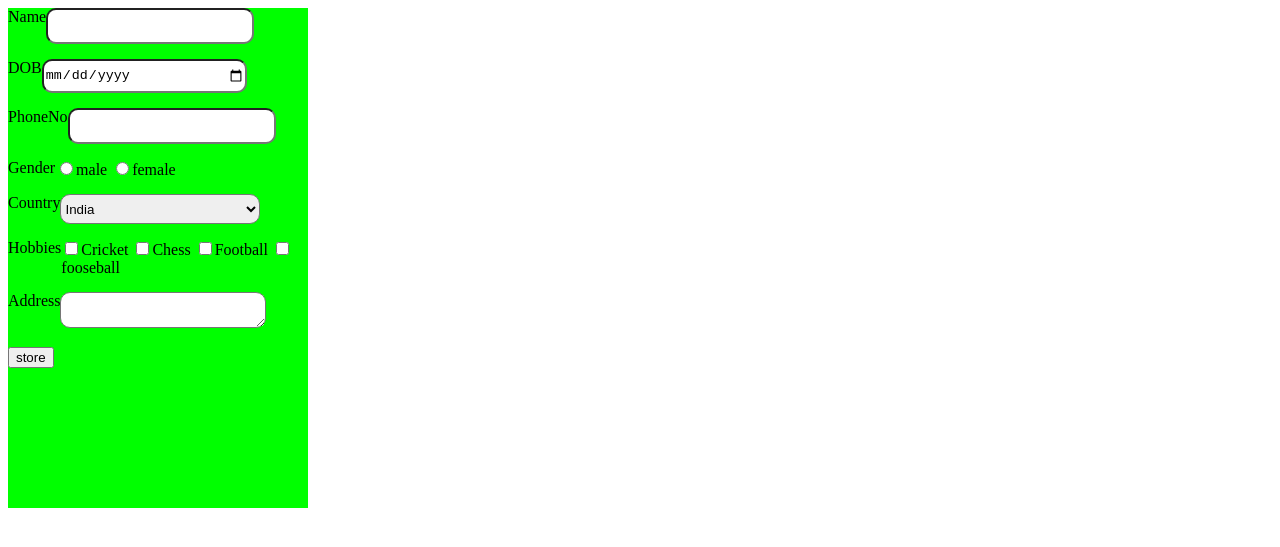
Repository: mnarendra333/batch21_WE
Page: RegApp/WebContent/index.html
These files come from the project's save history. The page is drawn as it stood at one moment and after the next save; the edit follows.
The browser window is 1280 px wide. The pictures show the whole page.

Above is the page before, as saved 2019-02-10 07:24:35.

After the next save:
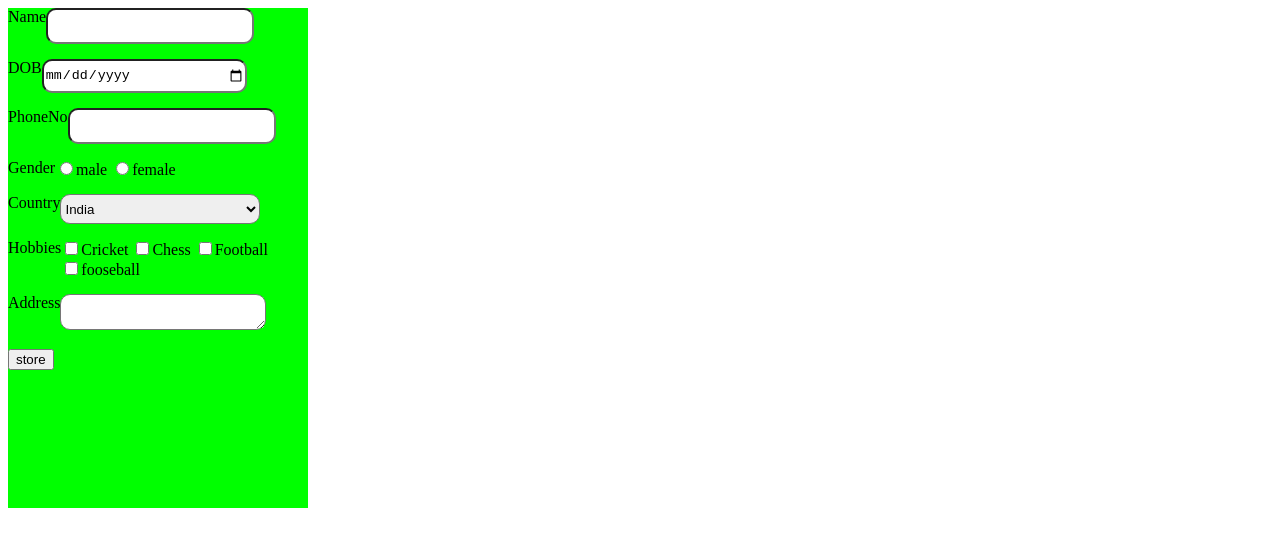
Saved 23 s later.
--- a/RegApp/WebContent/index.html
+++ b/RegApp/WebContent/index.html
@@ -15,6 +15,7 @@
 	/* display: inline-flex; */
 	padding-bottom: 15px;
 	display: inline-flex;
+	padding-right: 30px;
 }
 
 .cInput{
@@ -23,9 +24,7 @@
     width: 200px;
 }
 
-.lableDiv{
-	padding-right: 30px;
-}
+
 </style>
 </head>
 <body>
